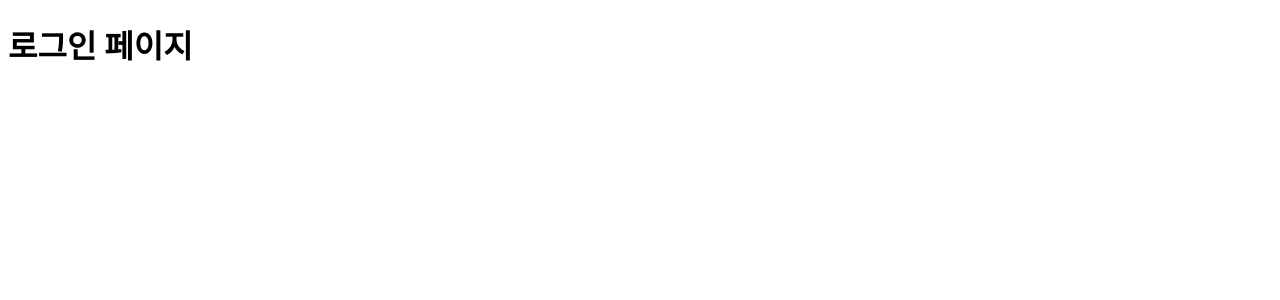
Repository: ksccmp/notice-board
Page: http://localhost/board/login.jsp
The author's editor kept a copy of each file at every save. The page is drawn from the files as they stood at one save, then again after the next save.
The browser window is 1280 px wide. The pictures show the whole page.
The page is served by Tomcat 9. Nobody is signed in. The application's start-up code is not run.

Above is the page before, as saved 2019-09-18 13:24:59.

After the next save:
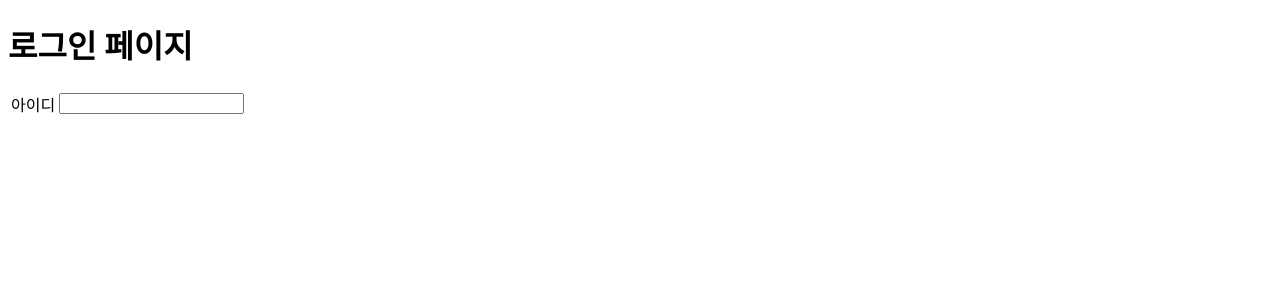
Saved 39 s later.
--- a/board/src/main/webapp/login.jsp
+++ b/board/src/main/webapp/login.jsp
@@ -8,5 +8,11 @@
 </head>
 <body>
 	<h1>로그인 페이지</h1>
+	<table>
+		<tr>
+			<td>아이디</td>
+			<td><input type="text" id="id" name="id">
+		</tr>
+	</table>
 </body>
 </html>
